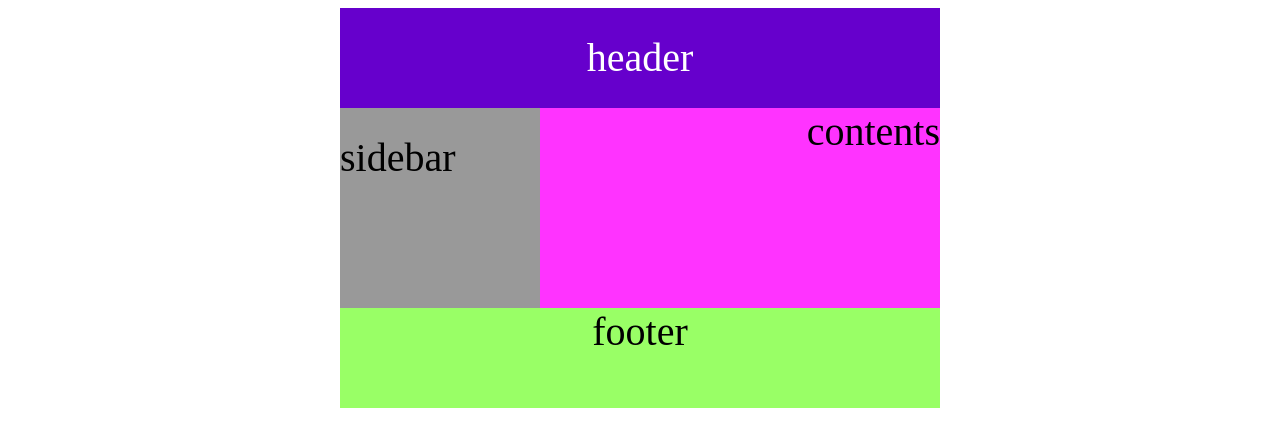
Repository: Leewonhoo/kostaweb
Page: project_div/WebContent/layout1.html
These files come from the project's save history. The page is drawn as it stood at one moment and after the next save; the edit follows.
The browser window is 1280 px wide. The pictures show the whole page.

Above is the page before, as saved 2017-09-11 06:31:54.

After the next save:
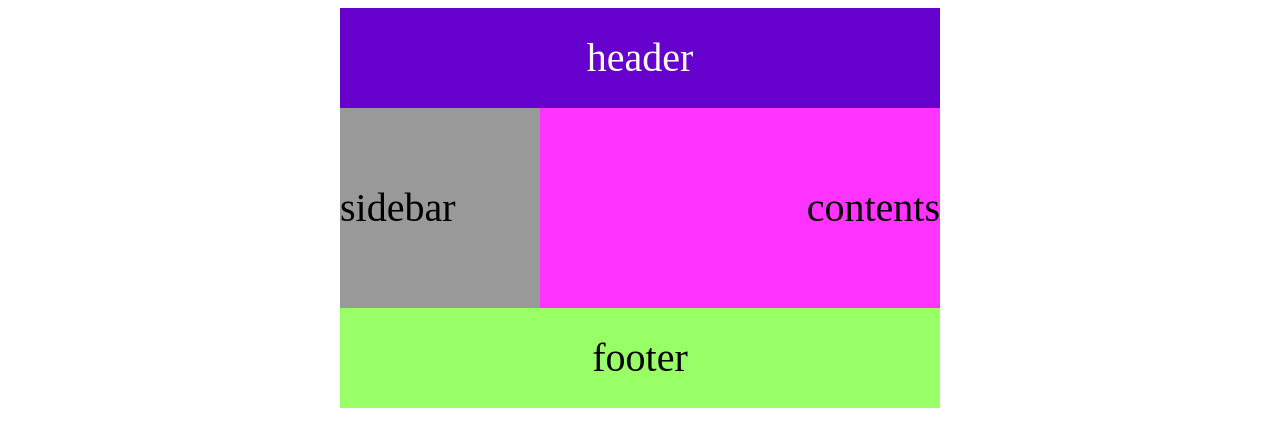
Saved 18 s later.
--- a/project_div/WebContent/layout1.html
+++ b/project_div/WebContent/layout1.html
@@ -26,7 +26,7 @@ line-height: 100px;
 background-color: #999999;
 width: 200px;
 height: 200px;
-line-height: 100px;
+line-height: 200px;
 font-size: 40px;
 float: left;
 }
@@ -34,6 +34,7 @@ float: left;
 background-color: #ff33ff;
 width: 400px;
 height: 200px;
+line-height: 200px;
 float: left;
 font-size: 40px;
 text-align: right;
@@ -42,6 +43,7 @@ text-align: right;
 background-color: #99ff66;
 width: 600px;
 height: 100px;
+line-height: 100px;
 clear: both;
 font-size: 40px;
 text-align: center;
